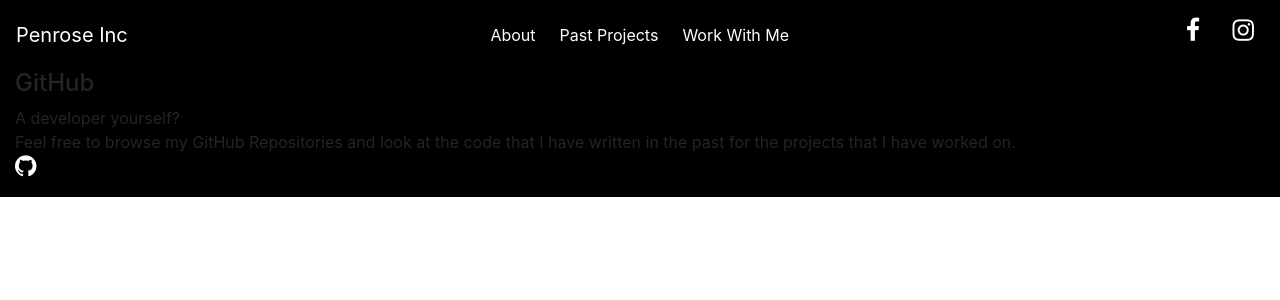
Repository: mrwillpenrose/penrose-inc
Page: index.html
The author's editor kept a record of every edit. The page is drawn from the files as they stood at one moment, then again after the next edit.
The browser window is 1280 px wide. The pictures show the whole page.
Some web libraries are served in a nearby version.

Above is the page before.

### index.html
<!DOCTYPE html>
<html lang="en">

<head>
    <meta charset="UTF-8">
    <meta name="viewport" content="width=device-width, initial-scale=1.0">
    <meta http-equiv="X-UA-Compatible" content="ie=edge">
    <title>Pernose Inc</title>
    <link rel="stylesheet" href="https://maxcdn.bootstrapcdn.com/bootstrap/4.0.0/css/bootstrap.min.css" integrity="sha384-Gn5384xqQ1aoWXA+058RXPxPg6fy4IWvTNh0E263XmFcJlSAwiGgFAW/dAiS6JXm" crossorigin="anonymous">
    <link rel="stylesheet" href="https://stackpath.bootstrapcdn.com/font-awesome/4.7.0/css/font-awesome.min.css" type="text/css" />
    <link rel="stylesheet" href="css/style.css" type="text/css" />
</head>

<body>

    <!------------------NAV------------------------>


    <nav class="navbar navbar-expand-md navbar-dark bg-custom">
        <a href="index.html" class="navbar-brand">Penrose Inc</a>
        <button class="navbar-toggler" data-toggle="collapse" data-target="#navbarMenu">
                <span class="navbar-toggler-icon"></span>
            </button>
        <div class="collapse navbar-collapse" id="navbarMenu">
            <ul class="navbar-nav mx-auto">
                <li class="list-inline-item">
                    <a href="#" class="nav-link">About</a>
                </li>
                <li class="list-inline-item">
                    <a href="#" class="nav-link">Past Projects</a>
                </li>
                <li class="list-inline-item">
                    <a href="#" class="nav-link">Work With Me</a>
                </li>
            </ul>
            <ul class="social">
                <li class="list-inline-item">
                    <a href="#" class="nav-link" target="_blank">
                        <i class="fa fa-facebook font-awesome-icon" aria-hidden="true"></i>
                        <span class="sr-only">Facebook</span>
                    </a>
                </li>
                <li class="list-inline-item">
                    <a href="#" class="nav-link" target="_blank">
                        <i class="fa fa-instagram font-awesome-icon" aria-hidden="true"></i>
                        <span class="sr-only">Instagram</span>
                    </a>
                </li>
            </ul>
        </div>
    </nav>
    <!-----------------------MAIN CONTENT---------------->



    <!----------------------FOOTER----------------------->

    <footer class="container-fluid">
        <div class="row">
            <div class="col-sm-12">
                <h4 class="github">GitHub</h4>
                <p class="github-paragraph">
                    A developer yourself?<br>
                    Feel free to browse my GitHub Repositories and look at the code that I have written in the past for the projects that I have worked on.<br>
                    <a href="#" target="_blank">
                        <i class="fa fa-github font-awesome-icon" aria-hidden="true"></i>
                        <span class="sr-only">GitHub</span>
                    </a>
            </div>
        </div>
    </footer>


    <script src="https://code.jquery.com/jquery-3.2.1.slim.min.js" integrity="sha384-KJ3o2DKtIkvYIK3UENzmM7KCkRr/rE9/Qpg6aAZGJwFDMVNA/GpGFF93hXpG5KkN" crossorigin="anonymous"></script>
    <script src="https://cdnjs.cloudflare.com/ajax/libs/popper.js/1.12.9/umd/popper.min.js" integrity="sha384-ApNbgh9B+Y1QKtv3Rn7W3mgPxhU9K/ScQsAP7hUibX39j7fakFPskvXusvfa0b4Q" crossorigin="anonymous"></script>
    <script src="https://maxcdn.bootstrapcdn.com/bootstrap/4.0.0/js/bootstrap.min.js" integrity="sha384-JZR6Spejh4U02d8jOt6vLEHfe/JQGiRRSQQxSfFWpi1MquVdAyjUar5+76PVCmYl" crossorigin="anonymous"></script>
</body>

</html>

### css/style.css
body {
    padding: 0;
    margin: 0;
}

/* ----------------------------- MEDIA QUERIES ------------------------*/

@media (max-width: 768px) {
    .social {
        padding: 0;
    }
}




/* ----------------------------- NAV ------------------------*/

.bg-custom {
    background-color: #000;
}

.navbar .navbar-nav li a {
    color: #fff !important;
}

.nav-link {
    text-align: center;
}


.social {
    text-align: center;
}


.social .nav-link {
    padding-top: 10px;
    padding-bottom: 0px;
    padding-left: 10px;
    padding-right: 10px;
}

.font-awesome-icon {
    font-size: 25px;
    color: #fff;
    text-align: center;
    -webkit-transition: ease-in-out 0.2s;
    -moz-transition: ease-in-out 0.2s;
    -o-transition: ease-in-out 0.2s;
}

.font-awesome-icon:hover {

    font-size: 40px;
    color: #FF0000;
}


/* ----------------------------- FOOTER ------------------------*/

footer {
    padding: 0;
    margin: 0;
    background-color: #000;
}

After the next edit:
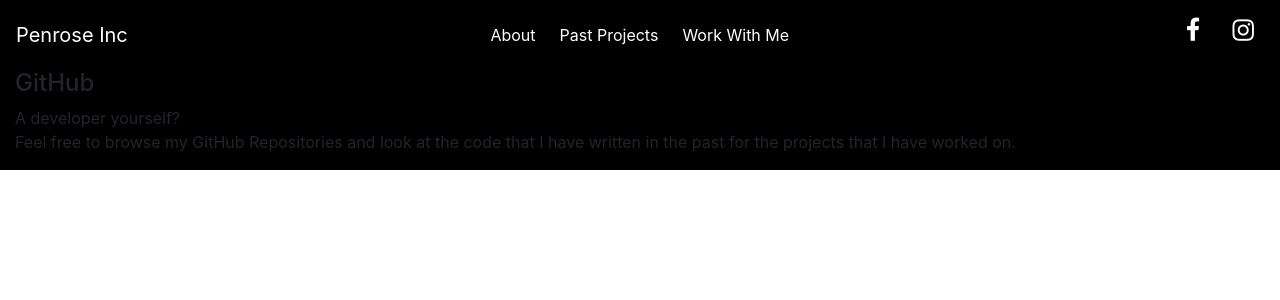
The edit:
--- a/index.html
+++ b/index.html
@@ -60,12 +60,8 @@
             <div class="col-sm-12">
                 <h4 class="github">GitHub</h4>
                 <p class="github-paragraph">
-                    A developer yourself?<br>
-                    Feel free to browse my GitHub Repositories and look at the code that I have written in the past for the projects that I have worked on.<br>
-                    <a href="#" target="_blank">
-                        <i class="fa fa-github font-awesome-icon" aria-hidden="true"></i>
-                        <span class="sr-only">GitHub</span>
-                    </a>
+                    A developer yourself?<br> Feel free to browse my GitHub Repositories and look at the code that I have written in the past for the projects that I have worked on.<br>
+                </p>
             </div>
         </div>
     </footer>
